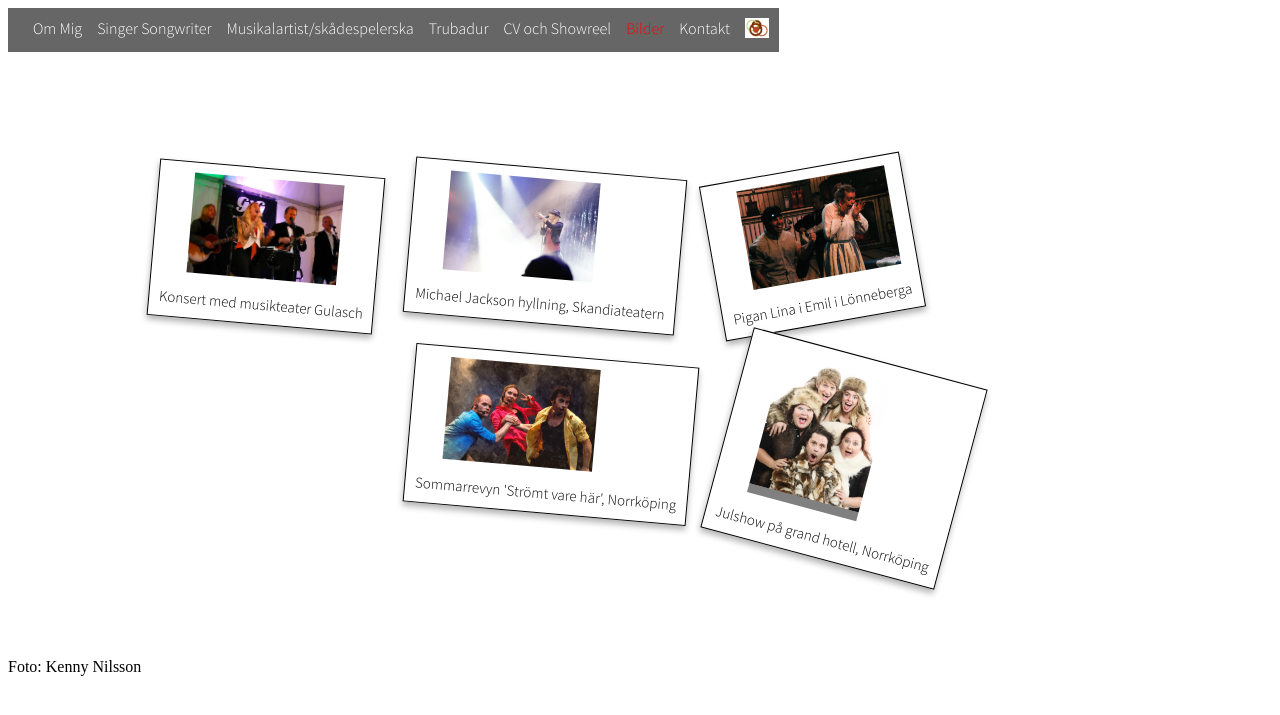
Repository: MarkusGirdland/LouiceOttosson
Page: pages/bilder.html
The author's editor kept a record of every edit. The page is drawn from the files as they stood at one moment, then again after the next edit.
The browser window is 1280 px wide. The pictures show the whole page.

Above is the page before.

### pages/bilder.html
<!doctype html>
<html lang="sv">
    <head>

        <meta charset="utf-8"/>
        <title>Louice Ottosson</title>
        <meta name="viewport" content="width:device-width, initial-scale=1.0" />
        <link rel="Stylesheet" media="only screen and (max-width:481px)" href="../css/basic.css" />
        <link rel="Stylesheet" href="../css/basic.css" />
    </head>

    <body id="bilderMain">
        <div id="container">

            <!-- Menyn -->
            <nav>
                <ul id="meny">
                    <li class="lista"><a href="omMig.html">Om Mig</a></li>
                    <li class="lista"><a href="singerSongwriter.html">Singer Songwriter</a></li>
                    <li class="lista"><a href="musikalartist.html">Musikalartist/skådespelerska</a></li>
                    <li class="lista"><a href="trubadur.html">Trubadur</a></li>
                    <li class="lista"><a href="CVochShowreel.html">CV och Showreel</a></li>
                    <li class="lista"><a class="active" href="bilder.html">Bilder</a></li>
                    <li class="lista"><a href="kontakt.html">Kontakt</a></li>
                    <li class="lista"><a class="Index" href="../index.html"><img src="../images/symbol_mobil.jpg" alt="Start" width="auto" height="20" /></a></li>
                </ul>

                <select name="selector" onchange="window.location=this.value;">
                    <option value="" selected="selected">Välj sida...</option>

                    <option value="../index.html">Hem</option>
                    <option value="omMig.html">Om Mig</option>
                    <option value="singerSongwriter.html">Singer Songwriter</option>
                    <option value="musikalartist.html">Musikalartist/skådespelerska</option>
                    <option value="trubadur.html">Trubadur</option>
                    <option value="CVochShowreel.html">CV och Showreel</option>
                    <option value="bilder.html">Bilder</option>
                    <option value="kontakt.html">Kontakt</option>
              </select>

            </nav>

            <main>
            <br />
            <br />
            <br />
                <div id="galleryContainer">
                    <div id="images">
                        <a href="../images/gallery/bild1.jpg" title="Konsert med musikteater Gulasch"><img id="1" src="../images/gallery/bild1.jpg" alt="Konsert med musikteater Gulasch" /></a>
                        <a href="../images/gallery/bild2.jpg" title="Michael Jackson hyllning, Skandiateatern"><img id="2" src="../images/gallery/bild2.jpg" alt="Michael Jackson hyllning vid konsert på Skandiateatern foto Kenny Nilsson" /></a>
                        <a href="../images/gallery/bild3.jpg" title="Pigan Lina i Emil i Lönneberga"><img id="3" src="../images/gallery/bild3.jpg" alt="Pigan Lina i Emil i Lönneberga, foto Kenny Nilsson" /></a>
                        <a href="../images/gallery/bild4.jpg" title="Sommarrevyn 'Strömt vare här', Norrköping"><img id="4"  src="../images/gallery/bild4.jpg" alt=" sommarrevyn 'Strömt vare här' i Norrköping, foto Kenny Nilsson" /></a>
                        <a href="../images/gallery/bild5.jpg" title="Julshow på grand hotell, Norrköping"><img id="5" src="../images/gallery/bild5.jpg" alt=" julshow på grand hotell, Norrköping" /></a>
                    </div>
                </div>
            </main>
            <footer>
                <p>Foto: Kenny Nilsson</p>
            </footer>
        </div>
    </body>
</html>

### css/basic.css
/* #indexMain{
    background-image: url(../images/danspose2.jpg);
    background-repeat: no-repeat;
    background-position: center;
    background-attachment:fixed;

} */

#mobilMeny {
    display: none;
}

#indexMobile {
    display: none;
}

#omMigMain{
    background-image: url(../images/hej.jpg);
    background-repeat: no-repeat;
    background-position: center;
    background-attachment:fixed;
    font-family: "SourceSansLight";
}

#singerSongwriterMain{
    background-color: black;
    background-image: url(../images/livekarusell.jpg);
    background-repeat: no-repeat;
    background-position: center;
    background-attachment:fixed;
    font-family: "SourceSansLight";
}

#musikalartistMain{
    background-color: black;
    background-image: url(../images/mj.jpg);
    background-repeat: no-repeat;
    background-position: center;
    background-attachment:fixed;
    font-family: "SourceSansLight";
}

#trubadurMain{
    background-image: url(../images/trubadur.jpg);
    background-repeat: no-repeat;
    background-position: center;
    background-attachment:fixed;
}

#CVMain{
    background-image: url(../images/cv-bild.jpg);
    background-repeat: no-repeat;
    background-position: center;
    background-attachment:fixed;

}

#kontaktMain{
    background-image: url(../images/kontakt.jpg);
    background-repeat: no-repeat;
    background-position: center;
    background-attachment:fixed;
}

main {
    font-family: "SourceSans";
}

#meny{
    position: relative;
    float: left;
    margin-top: 0;
    padding-top: 0;

    list-style-type: none;

    font-family: "SourceSansLight";

    color: white;
    display: block;
    background-color: rgba(0, 0, 0, 0.6);
    padding: 10px;
}

#singSongMeny {
    position: relative;
    float: left;
    margin-top: 0;
    padding-top: 0;

    list-style-type: none;

    font-family: "SourceSansLight";

    color: white;
    display: block;
    background-color: rgba(200, 0, 0, 0.6);
    padding: 10px;
}



.lista{
    float: left;
    margin-left: 15px;

}

#listaDiv {
    margin-left: 300px;
    padding-right: 150px;
}

/* .Index{
    margin-left: 550px;
    float: right;
} */

#meny .active{
    color: red;
}

#singSongMeny .active{
    color: red;
}

.indexText {
    margin-right: 60%;
    font-family: "SourceSansLight";
    text-align: center;
}

#indexh2 {
    padding-left: 35px;
}

#headerImg {
    width: 1200px;
    height: auto;
}

#floatdiv {
    margin-left: 150px;
}

#headerImg {
    margin-left: 75px;
}

.floatball {
    width: 350px;
    height: auto;
    float: left;
}

#CVtext .CVlink{
    color: blue;
}

.singSongText {
    color: white;
    font-family: "SourceSansLight";
}

#singSongh4 {
    font-family: "SourceSansLight";
    color: white;
}

#resultat {
    font-family: "SourceSansLight";
    color: white;
}


a:link { text-decoration: none}
a:link { color: white; }
a:visited { color: white; }
a:hover { color: red; }

#galleryContainer {
    padding: 50px;
    background-position: center center;
    background-repeat: repeat;
    overflow: auto;
}

#images {
    padding: 50px;
    margin-left: 30px;
}

#images img {
    max-height: 150px;
    max-width: 150px;
    height: auto;
    width: auto;
    margin-left: 25px;
    display: block;
}

#spotify{
    padding-left: 50px;
}

#images a {
    position: relative;
    background: white;
    display: inline;
    float: left;
    margin: 0 15px 30px;
    padding: 10px 10px 25px;
    text-align: center;
    text-decoration: none;
    -webkit-box-shadow: 0 4px 6px rgba(0, 0, 0, .3);
    -moz-box-shadow: 0 4px 6px rgba(0,0,0,.3);
	box-shadow: 0 4px 6px rgba(0,0,0,.3);
	-webkit-transition: all .15s linear;
	-moz-transition: all .15s linear;
	transition: all .15s linear;
	z-index: 0;
	-webkit-transform: rotate(5deg);
	-moz-transform: rotate(5deg);
	transform: rotate(5deg);
	border: 1px solid black;
}

#images a:after {
    color: black;
    font-family: "SourceSansLight";
	font-size: 15px;
	content: attr(title);
	position: relative;
	top:15px;

}

#images a:nth-child(3n)
{
	-webkit-transform: rotate(-10deg);
	-moz-transform: rotate(-10deg);
	transform: rotate(-10deg);
}

#images a:nth-child(5n) {
	-webkit-transform: rotate(15deg);
	-moz-transform: rotate(15deg);
	transform: rotate(15deg);
}

#images a:hover {
	-webkit-transform: rotate(0deg);  /* Rotera till 0 grader */
	-moz-transform: rotate(0deg);
    transform: rotate(0deg);
	-webkit-transform: scale(1.5); /* Skala upp den */
	-moz-transform: scale(1.5);
    transform: scale(1.5);
	z-index:10;                     /* Lägg den över dom andra i Z-index */
	-webkit-box-shadow: 0 10px 20px rgba(0, 0, 0, .7);      /* Bleka ut skuggan */
	-moz-box-shadow: 0 10px 20px rgba(0,0,0,.7);
    box-shadow: 0 10px 20px rgba(0,0,0,.7);
}

#images a:focus {
	-webkit-transform: rotate(0deg);  /* Rotera till 0 grader */
	-moz-transform: rotate(0deg);
    transform: rotate(0deg);
	-webkit-transform: scale(1.5); /* Skala upp den */
	-moz-transform: scale(1.5);
    transform: scale(1.5);
	z-index:10;                     /* Lägg den över dom andra i Z-index */
	-webkit-box-shadow: 0 10px 20px rgba(0, 0, 0, .7);      /* Bleka ut skuggan */
	-moz-box-shadow: 0 10px 20px rgba(0,0,0,.7);
    box-shadow: 0 10px 20px rgba(0,0,0,.7);
}

@font-face {
    font-family: SourceSans;
    src: url(../fonts/SourceSansPro-Semibold.ttf);
}

@font-face {
    font-family: SourceSansLight;
    src: url(../fonts/SourceSansPro-Light.ttf);
}

@font-face {
    font-family: SourceSansBold;
    src: url(../fonts/SourceSansPro-Bold.ttf);
}

#singerSongwriterMain{
    background-position: left 60% center;
}

#musikalartistMain{
    background-position: left 85% center;
}

#trubadurMain{
    background-position: left 60% center;
}

@media only screen and (max-width:1600px){
    #indexMain{
        background-size: 30%;
    }

    #omMigMain{
        background-size: 35%;
    }

    #singerSongwriterMain{
        background-size: 35%;
    }

    #musikalartistMain{
       background-size: 45%;
    }

    #trubadurMain{
        background-size: 35%;
    }

    #CVMain{
        background-size: 55%;
    }

    #kontaktMain{
        background-size: 30%;
    }
}

@media only screen and (max-width:1400px){

    .floatball {
        width: 250px;
        height: auto;
        float: left;
    }

    #listaDiv {
        margin-left: 0px;
    }

    #indexMain{
        background-size: 25%;
    }

    #omMigMain{
        background-size: 25%;
    }

    #singerSongwriterMain{
        background-size: 25%;
    }

    #musikalartistMain{
       background-size: 35%;
    }

    #trubadurMain{
        background-size: 25%;
    }

    #CVMain{
        background-size: 45%;
    }

    #kontaktMain{
        background-size: 25%;
    }
}

@media only screen and (max-width:1000px){
    #indexMain{
        background-size: 15%;
    }

    #omMigMain{
        background-size: 15%;
    }

    #singerSongwriterMain{
        background-size: 15%;
    }

    #musikalartistMain{
       background-size: 25%;
    }

    #trubadurMain{
        background-size: 15%;
    }

    #CVMain{
        background-size: 35%;
    }

    #kontaktMain{
        background-size: 15%;
    }
}

@media only screen and (max-width:700px){
    #indexMain{
        background-size: 5%;
    }

    #omMigMain{
        background-image: none;
    }

    #singerSongwriterMain{
        background-image: none;
    }

    #musikalartistMain{
        background-image: none;
    }

    #trubadurMain{
        background-size: 5%;
    }

    #CVMain{
        background-size: 25%;
    }

    #kontaktMain{
        background-size: 5%;
    }
}

nav select {
  display: none;
}

@media (max-width: 960px) {
  nav ul     { display: none; }
  nav select { display: inline-block; }

  #indexMobile {
      display: block;
  }

  #indexMobile img {
      margin-left: 10%;
      width: 80%;
      height: auto;
  }


  #meny{
      display: none;
  }

  #singSongMeny {
      display: none;
  }

  #floatdiv {
      margin-left: 0px;
  }

  .floatball {
      margin-left: 10%;
      width: 80%;
      height: auto;
      float: left;
  }

  #headerImg {
      display: none;
  }

  #indexMain{
        background-image: none;
    }

    #omMigMain{
        background-image: none;
    }

    #singerSongwriterMain{
        background-image: none;
    }

    #musikalartistMain{
        background-image: none;
    }

    #trubadurMain{
        background-image: none;
    }

    #CVMain{
        background-image: none;
    }

    #kontaktMain{
        background-image: none;
    }

    #youtube {
        width: 350px;
    }
}


select {
    padding:3px;
    margin: 0;
    -webkit-border-radius:4px;
    -moz-border-radius:4px;
    border-radius:4px;
    -webkit-box-shadow: 0 3px 0 #ccc, 0 -1px #fff inset;
    -moz-box-shadow: 0 3px 0 #ccc, 0 -1px #fff inset;
    box-shadow: 0 3px 0 #ccc, 0 -1px #fff inset;
    background: #f8f8f8;
    color:#888;
    border:none;
    outline:none;
    display: inline-block;
    -webkit-appearance:none;
    -moz-appearance:none;
    appearance:none;
    cursor:pointer;
}

/* Targetting Webkit browsers only. FF will show the dropdown arrow with so much padding. */
@media screen and (-webkit-min-device-pixel-ratio:0) {
    select {padding-right:18px}
}

label {position:relative}
label:after {
    content:'<>';
    font:11px "Consolas", monospace;
    color:#aaa;
    -webkit-transform:rotate(90deg);
    -moz-transform:rotate(90deg);
    -ms-transform:rotate(90deg);
    transform:rotate(90deg);
    right:8px; top:2px;
    padding:0 0 2px;
    border-bottom:1px solid #ddd;
    position:absolute;
    pointer-events:none;
}
label:before {
    content:'';
    right:6px; top:0px;
    width:20px; height:20px;
    background:#f8f8f8;
    position:absolute;
    pointer-events:none;
    display:block;
}

After the next edit:
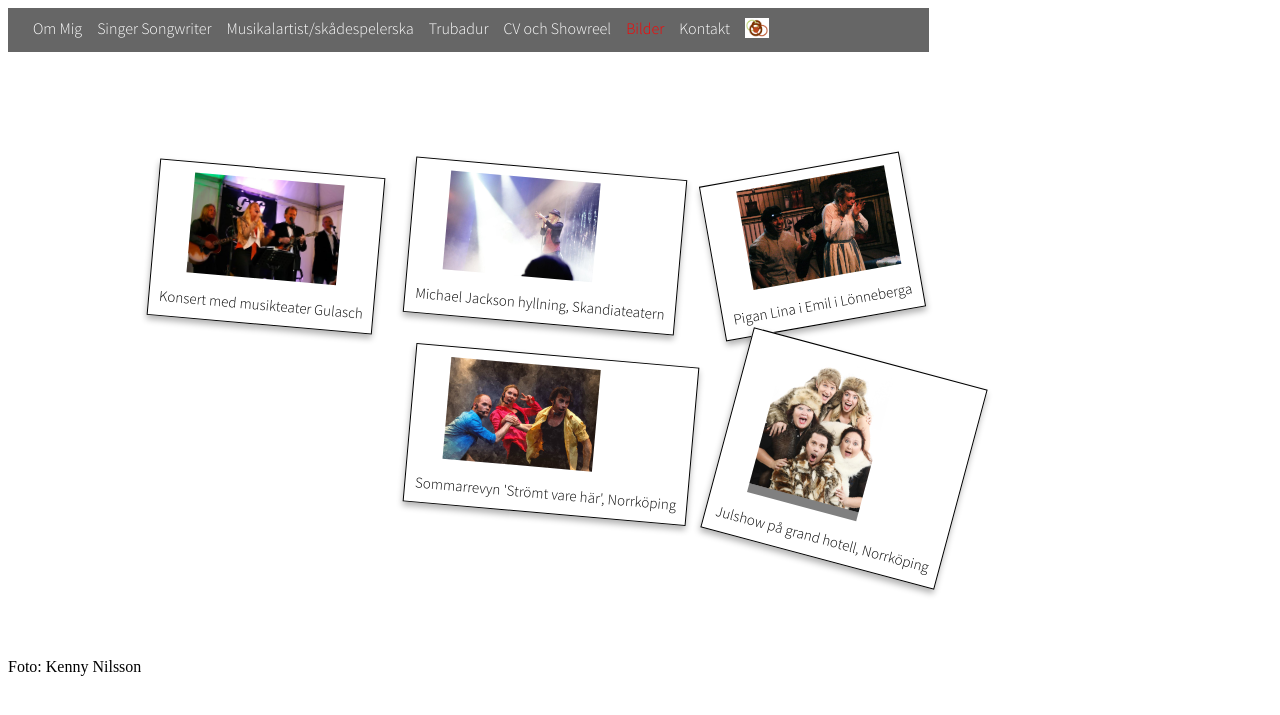
The edit:
--- a/pages/bilder.html
+++ b/pages/bilder.html
@@ -15,6 +15,7 @@
             <!-- Menyn -->
             <nav>
                 <ul id="meny">
+                <div id="listaDiv">
                     <li class="lista"><a href="omMig.html">Om Mig</a></li>
                     <li class="lista"><a href="singerSongwriter.html">Singer Songwriter</a></li>
                     <li class="lista"><a href="musikalartist.html">Musikalartist/skådespelerska</a></li>
